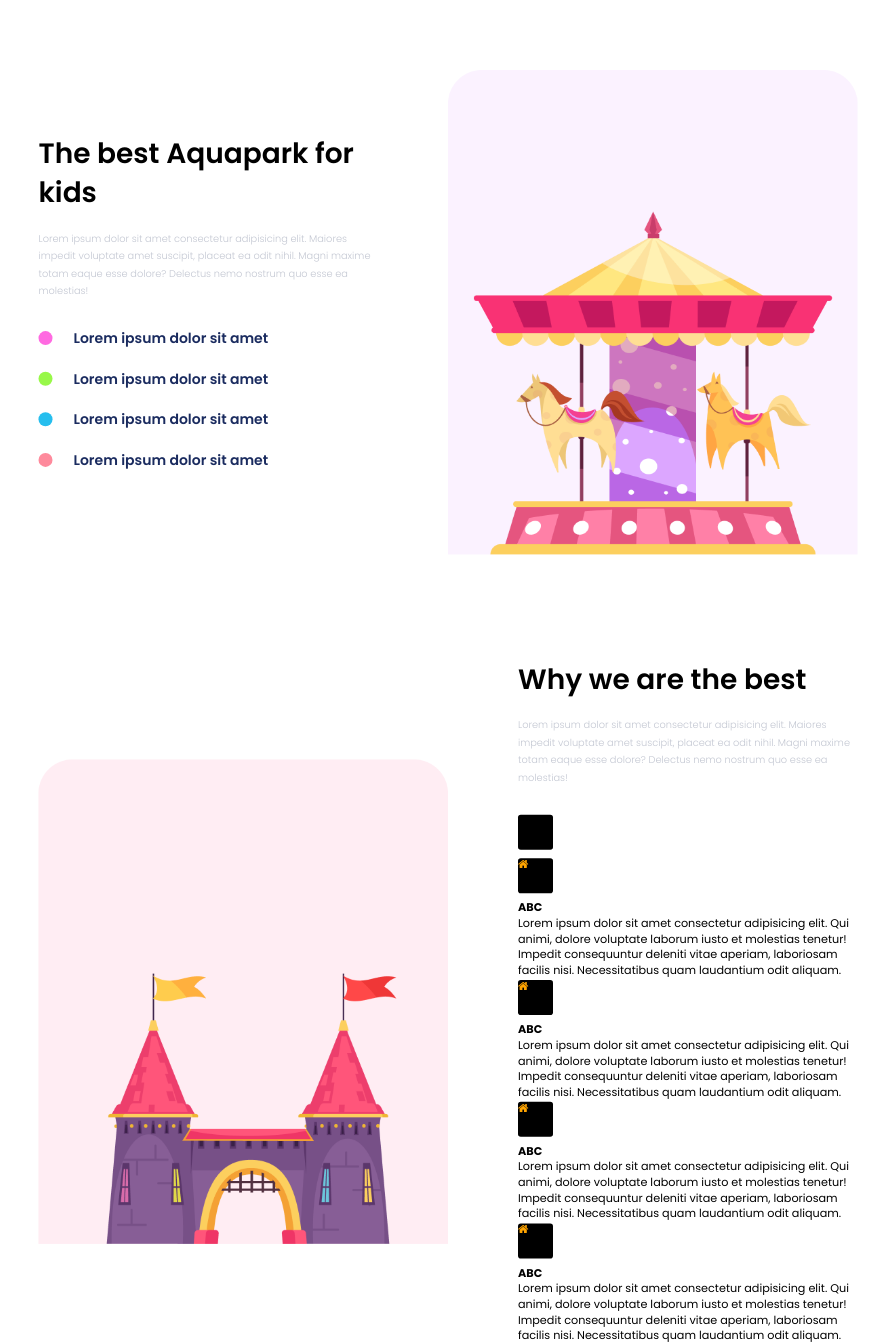
Repository: khuong30082000/the-playground
Page: index.html
An editor plug-in stored every save of this project. The page is shown before and after a run of saves, followed by the edit.
The browser window is 1280 px wide. The pictures show the part of the page from y = 2100 to 4020 px (the page is 4020 px tall before and 3958 px after), at 70% of full size.
The style sheet was rebuilt from its Sass, Less or Tailwind sources for each picture, by a compiler version that may differ from the author's.

Above is the page before, as saved 2022-06-20 16:53:23.

After the next 2 saves:
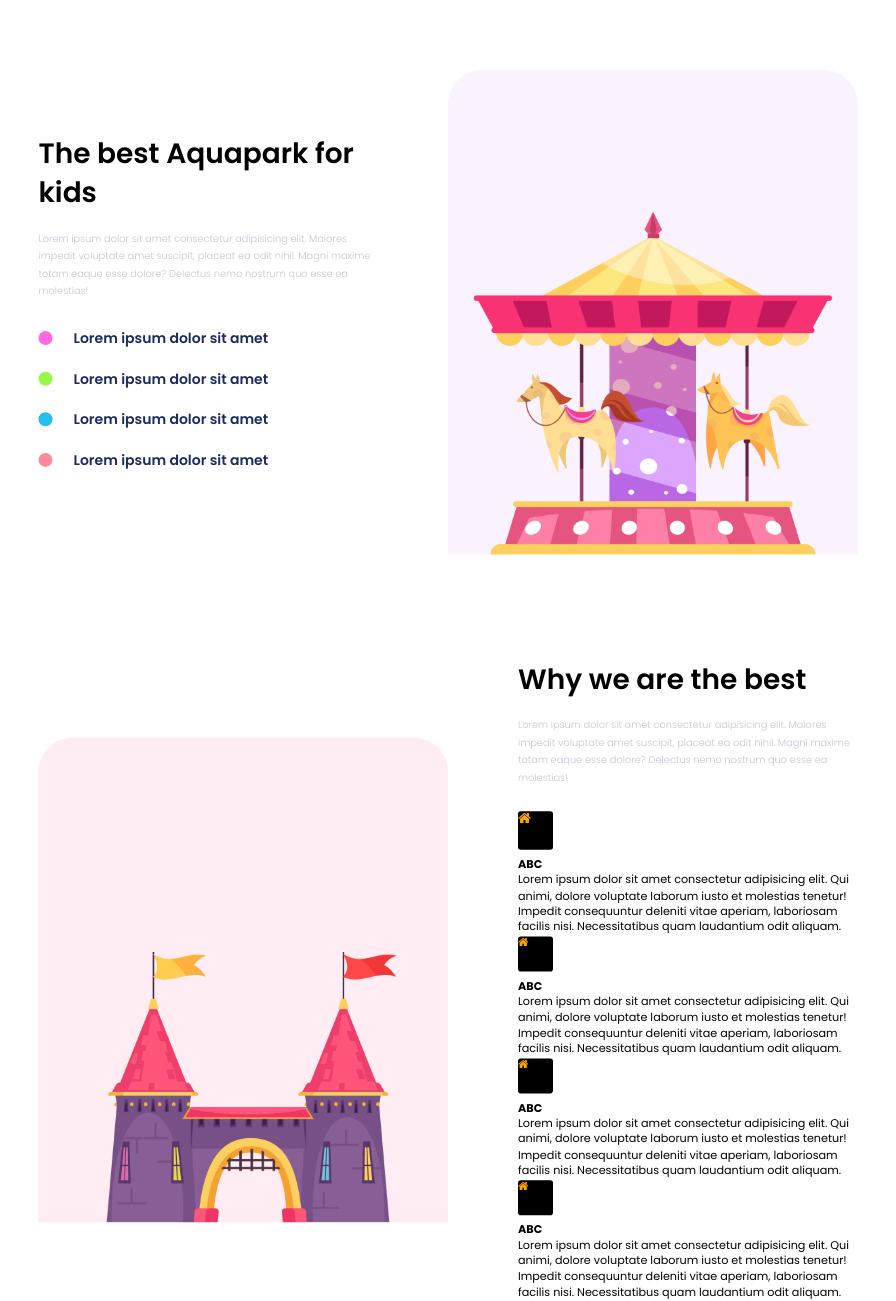
The 2 saves are shown as one change because they came seconds apart.
The last was saved 7 s later.
--- a/index.html
+++ b/index.html
@@ -129,8 +129,9 @@
             <p class="feature__desc">Lorem ipsum dolor sit amet consectetur adipisicing elit. Maiores impedit voluptate amet suscipit, placeat ea odit nihil. Magni maxime totam eaque esse dolore? Delectus nemo nostrum quo esse ea molestias!</p>
             <ul class="feature__best-list">
               <li class="feature__best-item">
-               <div class="feature__best-icon"></div>
-                <i class="fa fa-home feature__best-icon"></i>
+               <div class="feature__best-icon">
+                 <i class="fa fa-home feature__best-icon"></i>
+               </div>
                 <h4 class="feature__best-title">ABC</h4>
                 <p class="feature__best-desc">Lorem ipsum dolor sit amet consectetur adipisicing elit. Qui animi, dolore voluptate laborum iusto et molestias tenetur! Impedit consequuntur deleniti vitae aperiam, laboriosam facilis nisi. Necessitatibus quam laudantium odit aliquam.</p>
               </li>
